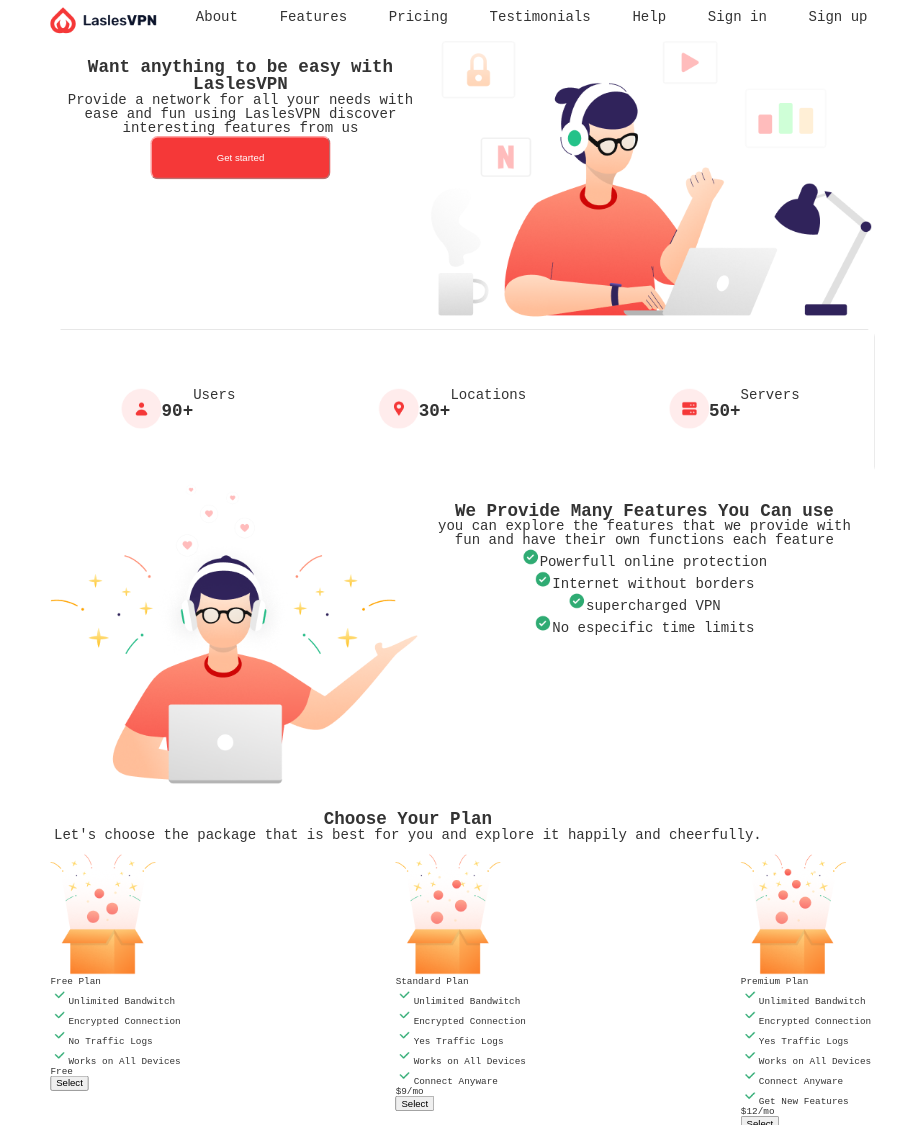
Repository: RaphaelMatheus-br/LP-251123
Page: index.html
The author's editor kept a copy of each file at every save. The page is drawn from the files as they stood at one save, then again after the next save.
The browser window is 1280 px wide. The pictures show the whole page, at 72% of full size.

Above is the page before, as saved 2023-11-25 14:27:50.

After the next save:
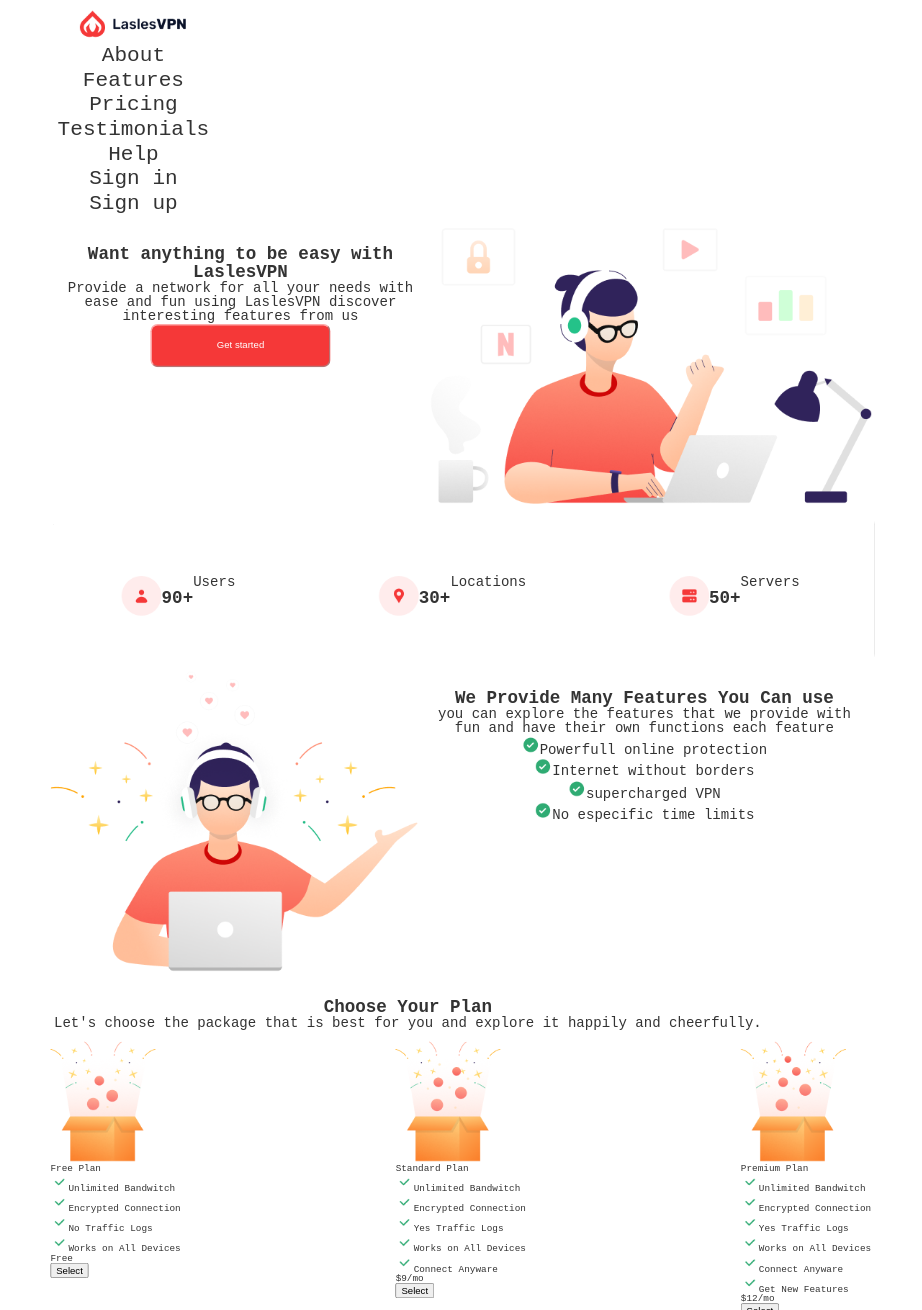
Saved 2 min 19 s later.
--- a/index.html
+++ b/index.html
@@ -11,14 +11,16 @@
 <body>
 
 <section class="container flex">
-    <img src="./imagens/Logo.png" alt="logo">
-	<div class="item">About</div>
-	<div class="item">Features</div>
-	<div class="item">Pricing</div>
-	<div class="item">Testimonials</div>
-	<div class="item">Help</div>
-	<div class="item">Sign in</div>
-    <div class="item">Sign up</div>
+    <div class="item">
+        <img src="./imagens/Logo.png" alt="logo">
+	    <div class="item">About</div>
+	    <div class="item">Features</div>
+	    <div class="item">Pricing</div>
+	    <div class="item">Testimonials</div>
+	    <div class="item">Help</div>
+	    <div class="item">Sign in</div>
+        <div class="item">Sign up</div>
+    </div>
 </section>
 
 <section class="container flex">

After the save that followed:
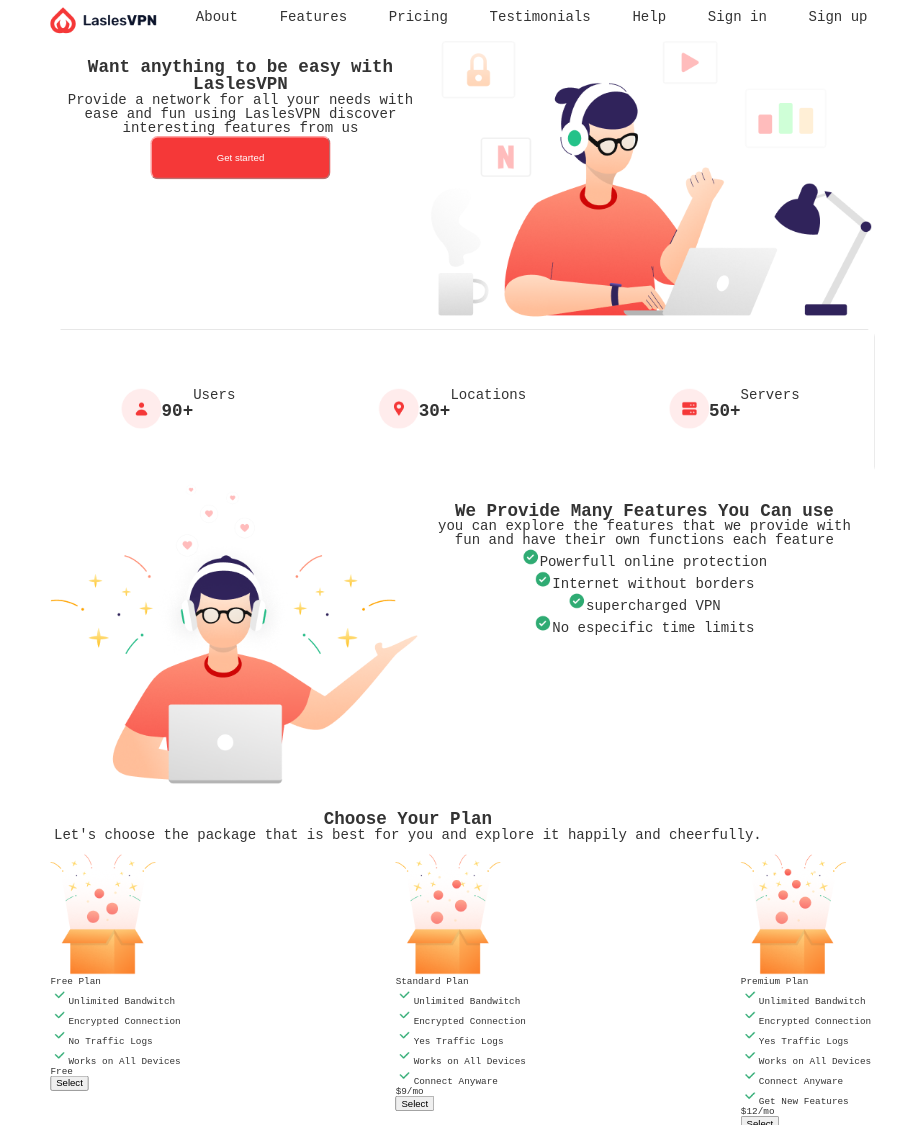
Saved 19 s later.
--- a/index.html
+++ b/index.html
@@ -11,16 +11,14 @@
 <body>
 
 <section class="container flex">
-    <div class="item">
-        <img src="./imagens/Logo.png" alt="logo">
-	    <div class="item">About</div>
-	    <div class="item">Features</div>
-	    <div class="item">Pricing</div>
-	    <div class="item">Testimonials</div>
-	    <div class="item">Help</div>
-	    <div class="item">Sign in</div>
-        <div class="item">Sign up</div>
-    </div>
+    <img src="./imagens/Logo.png" alt="logo">
+	<div class="item">About</div>
+	<div class="item">Features</div>
+	<div class="item">Pricing</div>
+	<div class="item">Testimonials</div>
+	<div class="item">Help</div>
+	<div class="item">Sign in</div>
+    <div class="item">Sign up</div>
 </section>
 
 <section class="container flex">
